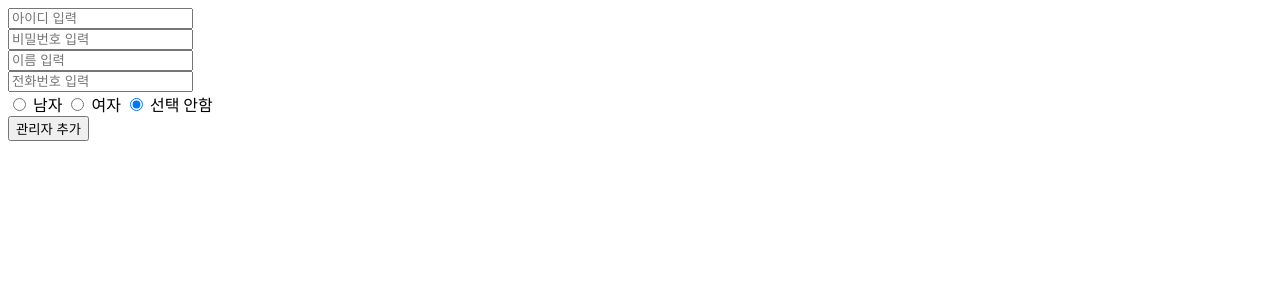
Repository: Jakej92/Study-JSP
Page: http://localhost/y_practice/templates/join.jsp
The author's editor kept a copy of each file at every save. The page is drawn from the files as they stood at one save, then again after the next save.
The browser window is 1280 px wide. The pictures show the whole page.
The page is served by Tomcat 10. Other server files are loaded and not shown.

Above is the page before, as saved 2025-02-26 06:21:43.

### workspace/y_practice/src/main/webapp/templates/join.jsp
<%@ page language="java" contentType="text/html; charset=UTF-8"
    pageEncoding="UTF-8"%>
<!DOCTYPE html>
<html>
<head>
<meta charset="UTF-8">
<title>관리자 등록</title>
</head>
<body>
	<form action="/join-ok.admin" method="post" name="admin-form">
		<div>
			<input type="text" name="adminAccount" placeholder="아이디 입력">
		</div>
		<div>
			<input type="password" name="adminPassword" placeholder="비밀번호 입력">
		</div>
		<div>
			<input type="text" name="adminName" placeholder="이름 입력">
		</div>
		<div>
			<input type="text" name="adminPhone" placeholder="전화번호 입력">
		</div>
		<label>
			<input type="radio" name="adminGender" value="남자"> 남자
		</label>
		<label>
			<input type="radio" name="adminGender" value="여자"> 여자
		</label>
		<label>
			<input type="radio" name="adminGender" value="선택 안함" checked> 선택 안함
		</label>
		<div>
			<button>관리자 추가</button>
		</div>
	</form>
</body>
</html>

After the next save:
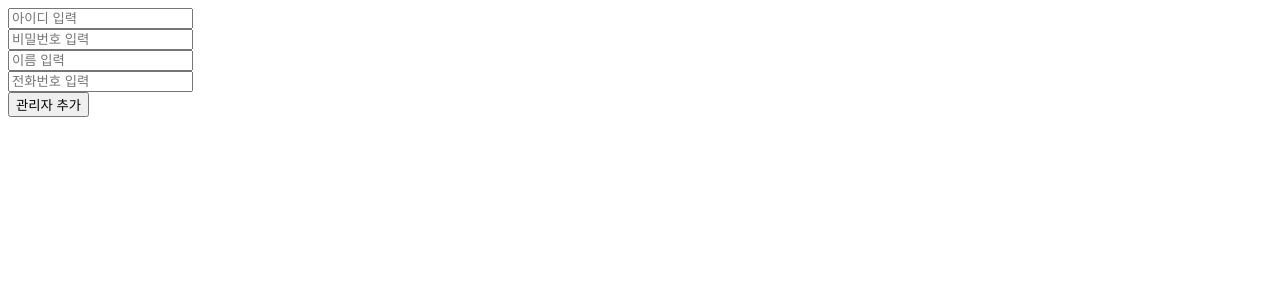
Saved 6 s later.
--- a/workspace/y_practice/src/main/webapp/templates/join.jsp
+++ b/workspace/y_practice/src/main/webapp/templates/join.jsp
@@ -20,15 +20,6 @@
 		<div>
 			<input type="text" name="adminPhone" placeholder="전화번호 입력">
 		</div>
-		<label>
-			<input type="radio" name="adminGender" value="남자"> 남자
-		</label>
-		<label>
-			<input type="radio" name="adminGender" value="여자"> 여자
-		</label>
-		<label>
-			<input type="radio" name="adminGender" value="선택 안함" checked> 선택 안함
-		</label>
 		<div>
 			<button>관리자 추가</button>
 		</div>
